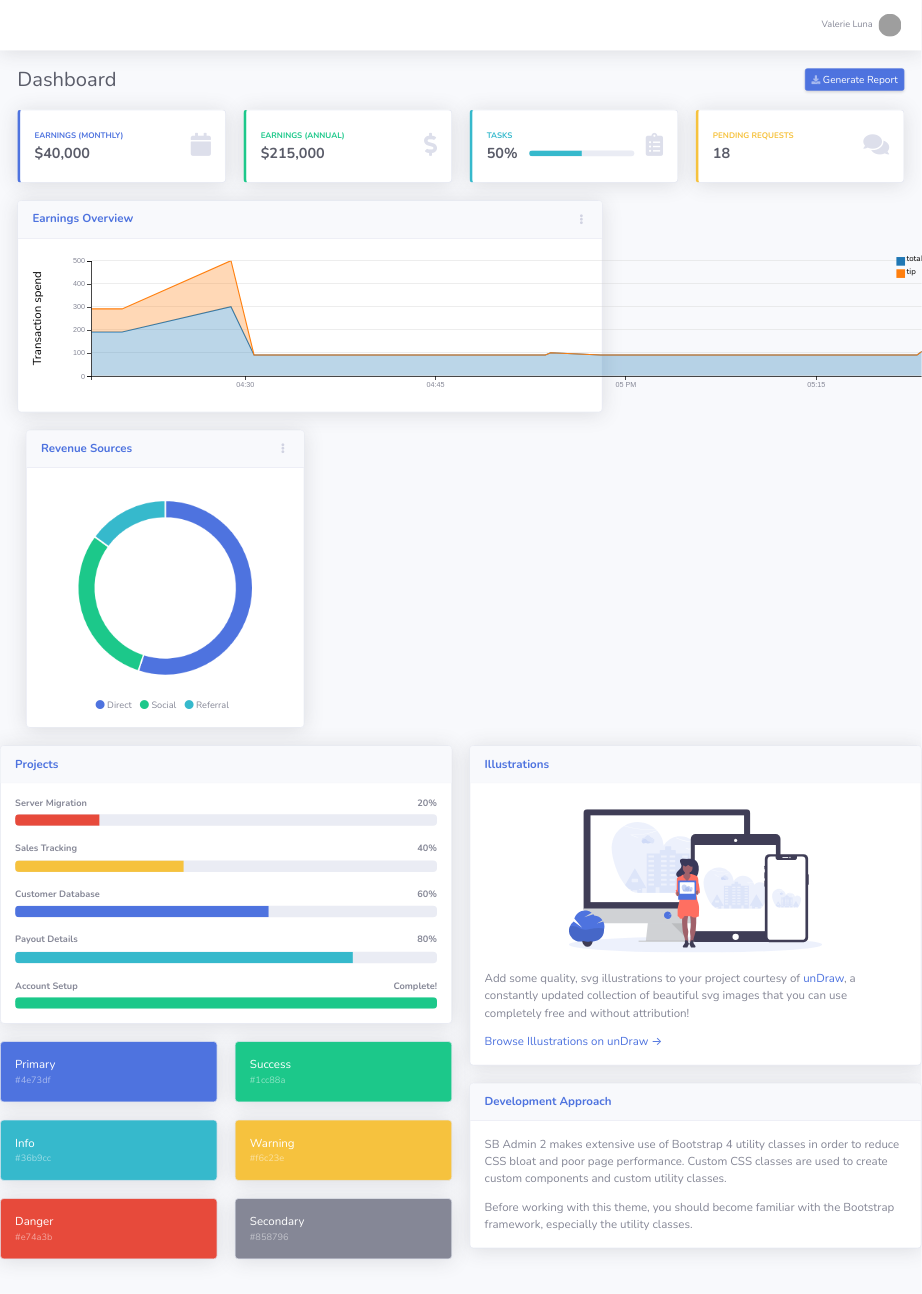
Repository: fLavery/NodeDashboard
Page: index.html
The author's editor kept a record of every edit. The page is drawn from the files as they stood at one moment, then again after the next edit.
The browser window is 1280 px wide. The pictures show the whole page, at 72% of full size.
Pictures or frames that could not be fetched are drawn as grey boxes.

Above is the page before.
Console error: TypeError: Cannot read properties of null (reading 'length')

After the next edit:
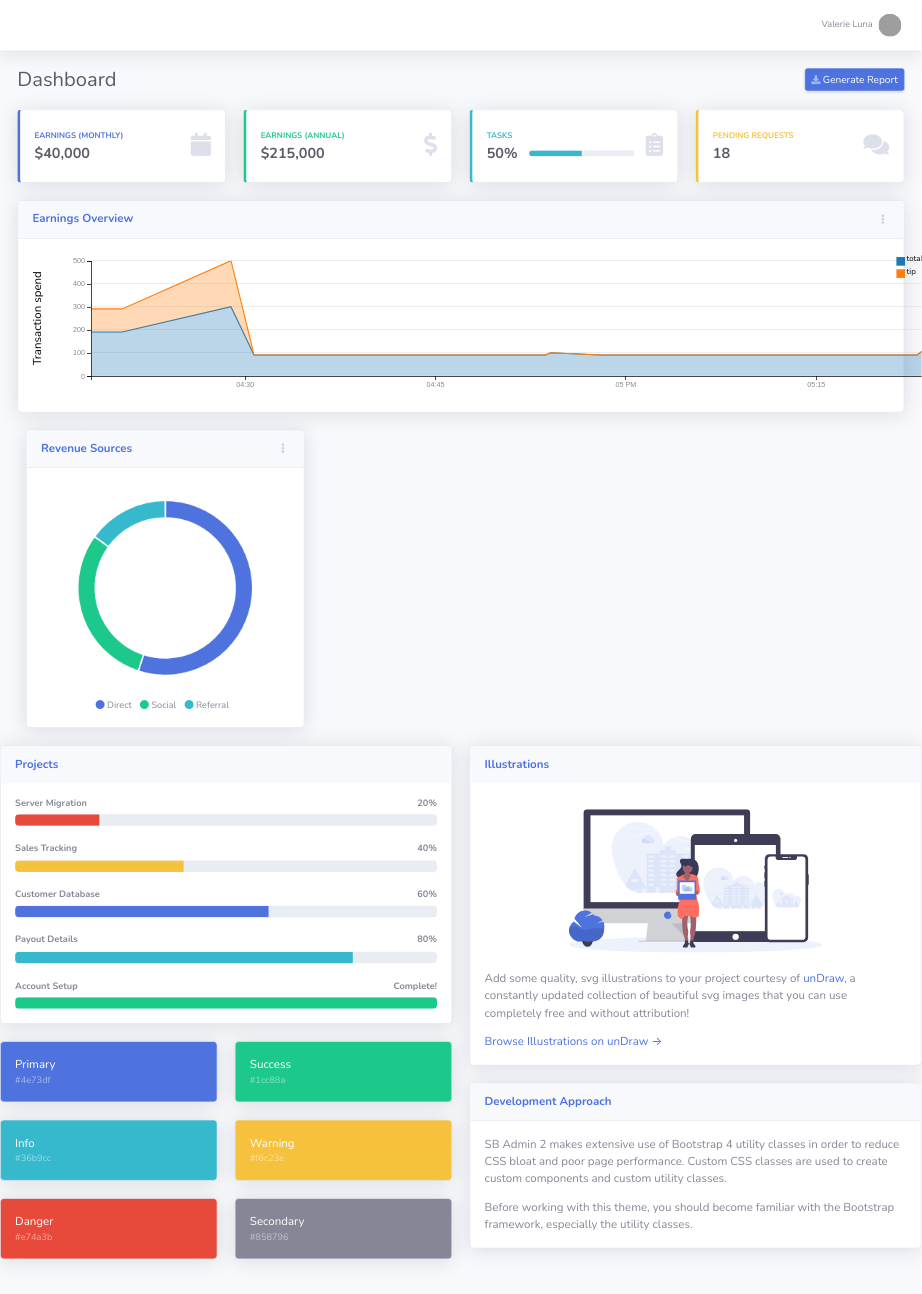
The edit:
--- a/index.html
+++ b/index.html
@@ -189,7 +189,7 @@
           <div class="row">
 
             <!-- Area Chart -->
-            <div class="col-xl-8 col-lg-7">
+            <div class="col-xl-12 col-lg-7">
               <div class="card shadow mb-4">
                 <!-- Card Header - Dropdown -->
                 <div class="card-header py-3 d-flex flex-row align-items-center justify-content-between">
